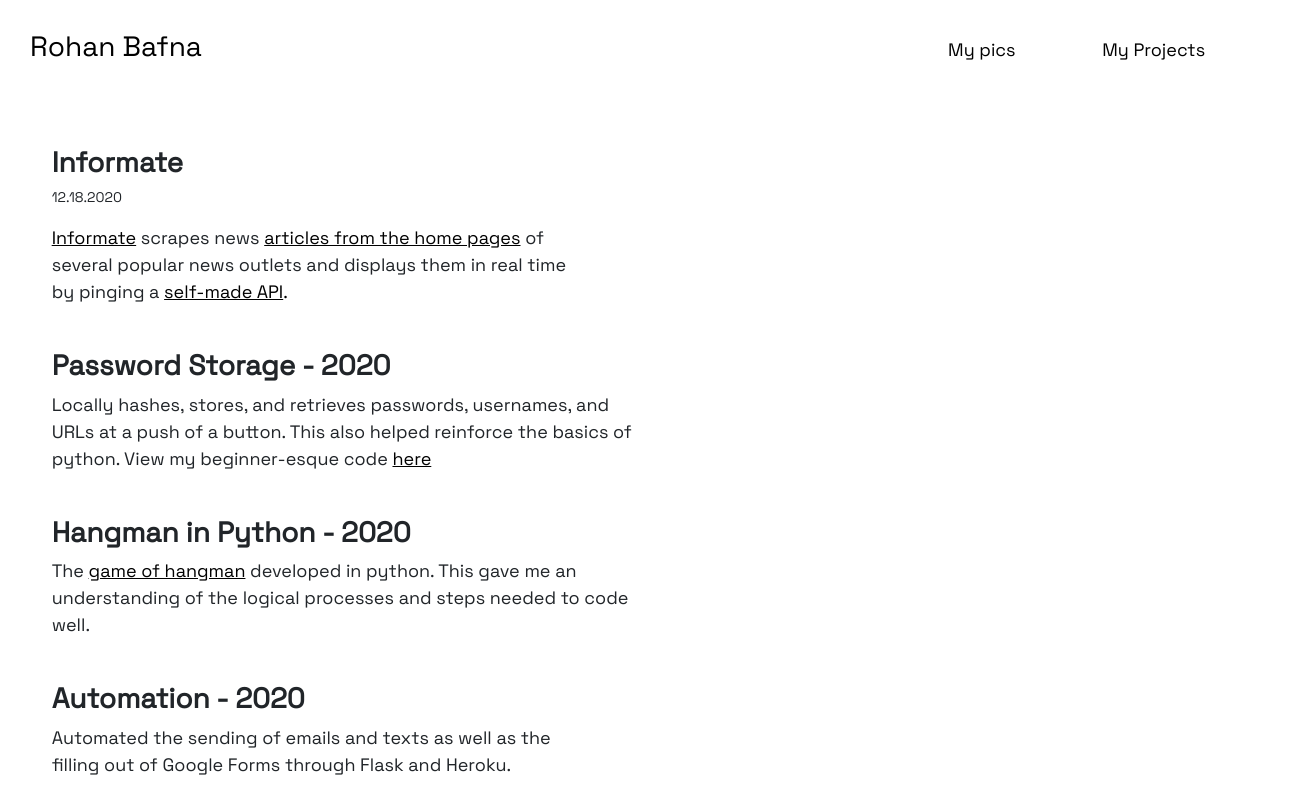
Repository: rbafna6507/rbafna6507.github.io
Page: actualprojects.html
The author's editor kept a copy of each file at every save. The page is drawn from the files as they stood at one save, then again after the next save.
The browser window is 1280 px wide. The page is 1301 px wide, so the pictures cover 1301 px, including what lies to the right of the window. The pictures show the whole page.

Above is the page before, as saved 2020-12-20 21:12:19.

### actualprojects.html
<!DOCTYPE HTML>
<html>
<head>
    <link rel="shortcut icon" type="image/png" href="circular actual atom logo.png"/>
    <title>my projects</title>
    <link href= "projects.css" type= "text/css" rel= "stylesheet">
    <link rel="preconnect" href="https://fonts.gstatic.com">
    <script src="https://cdn.jsdelivr.net/npm/bootstrap@5.0.0-beta1/dist/js/bootstrap.bundle.min.js" integrity="sha384-ygbV9kiqUc6oa4msXn9868pTtWMgiQaeYH7/t7LECLbyPA2x65Kgf80OJFdroafW" crossorigin="anonymous"></script>
    <link href="https://cdn.jsdelivr.net/npm/bootstrap@5.0.0-beta1/dist/css/bootstrap.min.css" rel="stylesheet" integrity="sha384-giJF6kkoqNQ00vy+HMDP7azOuL0xtbfIcaT9wjKHr8RbDVddVHyTfAAsrekwKmP1" crossorigin="anonymous">
<link href="https://fonts.googleapis.com/css2?family=Space+Grotesk:wght@300;400&display=swap" rel="stylesheet">
</head>
<body>
    <div id= "navbar">
        <header class= "header">
            <div id="hi">
              <a href= "index.html"><h3>Rohan Bafna</h3></a>
            </div>
            <div class= "leftsidelist">
                <ul>
                    <a href= "pics.html"><li class= "about">My pics</li></a>
                    <a href= "actualprojects.html"><li class= "projects">My Projects</li></a>
                </ul>
            </div>
        </header>
    </div>
    <div class="row justify-content-around">
        <div class="col-4">
            <div id = "informate" class = "small" onmouseover="document.getElementById('informate_img').style.visibility = 'visible';" onmouseout = "document.getElementById('informate_img').style.visibility = 'hidden';">
                <h3><strong>Informate</strong></h3>
                <p>12.18.2020</p>
                <p style="font-size: 18px;"><a href = "https://newsaggregator-frontend.vercel.app"><u>Informate</u></a> scrapes news <a href = "https://github.com/rbafna6507/newsaggregator_scraper"><u>articles from the home pages</u></a> of <br>several popular news outlets and displays them in real time <br>by pinging a <a href = "https://github.com/rbafna6507/newsaggregator_backend"><u>self-made API</u>.</a></p>
            </div>
            <br><br>
            <div id = "password" class = "small" onmouseover="document.getElementById('password_img').style.visibility = 'visible';" onmouseout = "document.getElementById('password_img').style.visibility = 'hidden';">
                <h3><strong>Password Storage - 2020</strong></h3>
                <p style="font-size: 18px;">Locally hashes, stores, and retrieves passwords, usernames, and <br>URLs at a push of a button. This also helped reinforce the basics of<br>python. View my beginner-esque code <a href = "https://github.com/rbafna6507/passwordstorageproject"><u>here</u></a></p>
            </div>
            <br><br>
            <div id = "hangman" class = "small" onmouseover="document.getElementById('hangman_img').style.visibility = 'visible';" onmouseout = "document.getElementById('hangman_img').style.visibility = 'hidden';">
                <h3><strong>Hangman in Python - 2020</strong></h3>
                <p style="font-size: 18px;">The <a href = "https://github.com/rbafna6507/hangmanpython"><u>game of hangman</u></a> developed in python. This gave me an <br>understanding of the logical processes and steps needed to code <br>well.</p>
            </div>
            <br><br>
            <div id = "automation" class = "small">
                <h3><strong>Automation - 2020</strong></h3>
                <p style="font-size: 18px;">Automated the sending of emails and texts as well as the <br>filling out of Google Forms through Flask and Heroku.</p>
            </div>
        </div>
        <div class="col-4">
            <img id = "informate_img" class = "imgs" src = "informate_pic.png">
            <img id = "hangman_img" class = "imgs" src = "hangman_pic.png">
            <img id = "password_img" class = "imgs" src = "password_pic.png">
        </div>
      </div>
</body>
</html>

### projects.css
* {box-sizing:border-box}

* {font-family: 'Space Grotesk', sans-serif;}

body{
  max-height:1000px;
  max-width:1400px
}

div{
  display: inline-block;
}

li{
  display: inline;
  list-style-type: none;
  text-align: left;
  padding-left: 30px;
  font-size: 18px;
  font-weight: 36px;
  width: 150px;
  display: inline-block;
  position: relative;
}

ul{
  display: inline;
  padding: 0;
  text-align: center;
  position: relative;
}

.header {
  font-family: 'Space Grotesk', sans-serif;
  position: relative;
  left: 10px;
  top: 30px;
}

.leftsidelist {
  position: relative;
  margin-left: 680px;
}

#logo {
    display: inline-block;
    width: 40px;
    height: 40px;
    position: relative;
    top: 70px;
    bottom: 400px;
  }

  h1 {

    padding-left: 40px;
    font-size: 36px;
    position: relative;
    right: 15px;
}
  #navbar {
    position: relative;
    left: 20px;
  }

  a:link {
    text-decoration: none;
    color: black;
  }

  a:visited {
    text-decoration: none;
    color: black;
  }

  a:hover {
    color: #ce321e!important;
  }

  a:active {
    color: #ce321e!important;
  }

  .col-4 {
    position: relative;
    margin-right:200px;
    top: 100px;
  }

  img{
    width: 620px;
    height: 500px;
  }

  .small{
    padding-left: 3px;
    padding-top:4px;
    margin-left: 40px;
    width: 650px;
  }

  .imgs{
    margin-top: 55px;
    margin-left: 20px;
  }

  #informate_img{
    visibility: hidden;

  }

  #hangman_img{
    margin-top: -520px;
    visibility: hidden;
  }

  #password_img{
    margin-top: -520px;
    visibility: hidden;
  }

  /* body:not(.mobile) #informate:hover, #informate_img {
    visibility: visible;
  }
  body:not(.mobile) #hangman:hover, #hangman_img {
    visibility: visible;
}

  body:not(.mobile) #password:hover, #password_img {
    visibility: visible;
} */

  .small{
    background-size: 200% 200%;
    background-image:linear-gradient(to top, #f7a7a73f 50%, transparent 50%);
    -webkit-transition: background-position 300ms, color 300ms ease, border-color 300ms ease;
    -moz-transition: background-position 300ms, color 300ms ease, border-color 300ms ease;
    -ms-transition: background-position 300ms, color 300ms ease, border-color 300ms ease;
    -o-transition: background-position 300ms, color 300ms ease, border-color 300ms ease;
    transition: background-position 300ms, color 300ms ease, border-color 300ms ease;
}

  .small:hover {color: black;
background-image:
linear-gradient(to top, #f7a7a73f 51%, transparent 50%);
background-position: 0 100%;
-webkit-transition: background-position 300ms, color 300ms ease, border-color 300ms ease;
-moz-transition: background-position 300ms, color 300ms ease, border-color 300ms ease;
-ms-transition: background-position 300ms, color 300ms ease, border-color 300ms ease;
-o-transition: background-position 300ms, color 300ms ease, border-color 300ms ease;
transition: background-position 300ms, color 300ms ease, border-color 300ms ease;
}

After the next save:
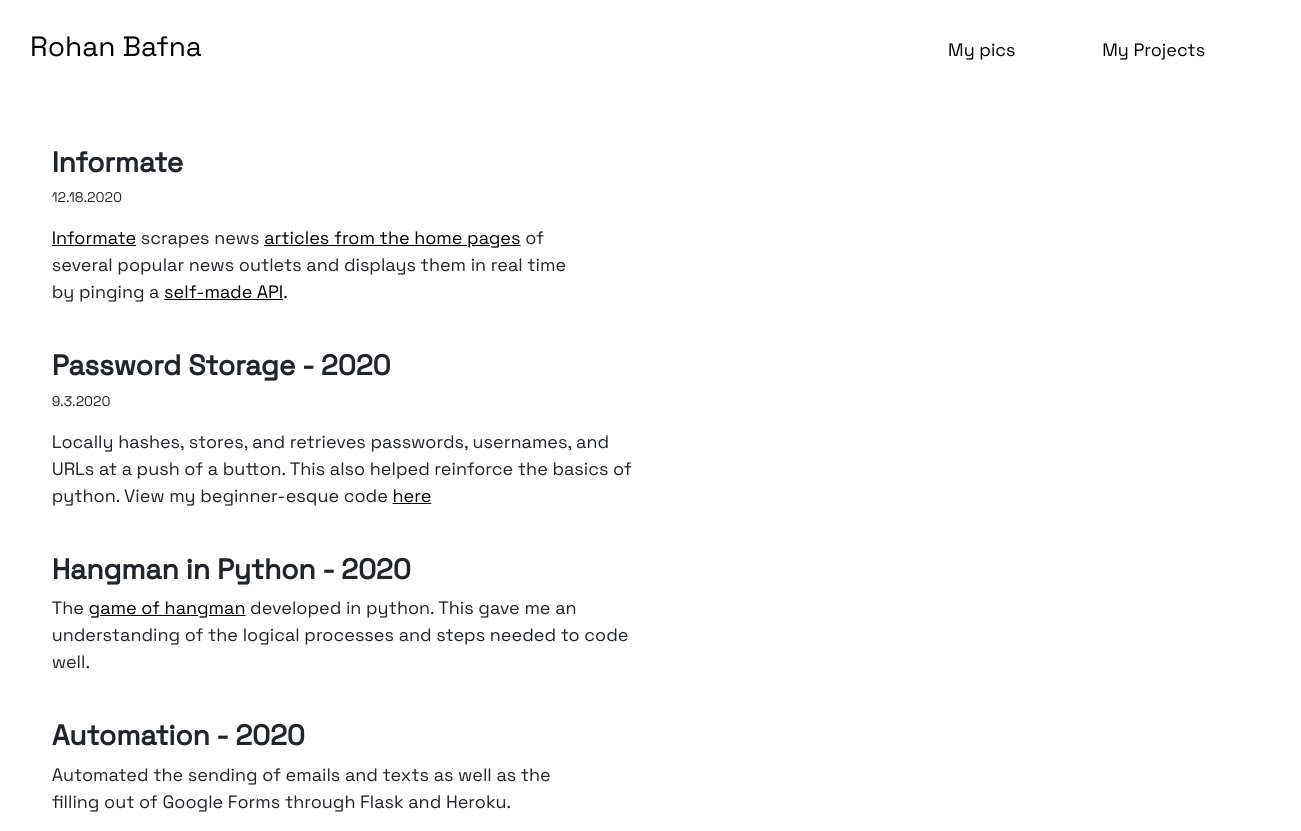
Saved 50 s later.
--- a/actualprojects.html
+++ b/actualprojects.html
@@ -33,6 +33,7 @@
             <br><br>
             <div id = "password" class = "small" onmouseover="document.getElementById('password_img').style.visibility = 'visible';" onmouseout = "document.getElementById('password_img').style.visibility = 'hidden';">
                 <h3><strong>Password Storage - 2020</strong></h3>
+                <p>9.3.2020</p>
                 <p style="font-size: 18px;">Locally hashes, stores, and retrieves passwords, usernames, and <br>URLs at a push of a button. This also helped reinforce the basics of<br>python. View my beginner-esque code <a href = "https://github.com/rbafna6507/passwordstorageproject"><u>here</u></a></p>
             </div>
             <br><br>
